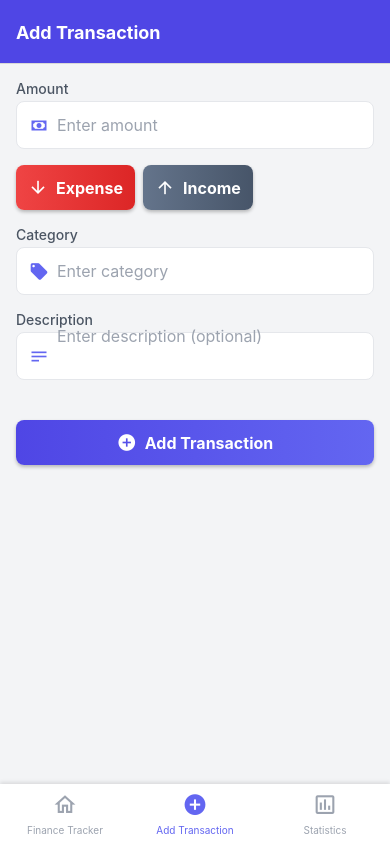
Repository: FarhanAryadi/FinTrack
Screen: /Add
These files come from the project's save history. The screen is drawn as it stood at one moment and after the next save; the edit follows.
The page's requests for data from a server got no answer. The app was drawn by React Native's web renderer in a window 390 px wide. The project was rebuilt for these pictures with package versions that can differ from the ones it lists, and the page was loaded fresh each time. No one was signed in, and anything a server would have sent is missing. Also part of the build but not shown: src/components/transactions/TransactionCard.tsx, src/screens/StatisticsScreen.tsx.

Above is the screen before, as saved 2025-03-06 12:35:53.

After the next save:
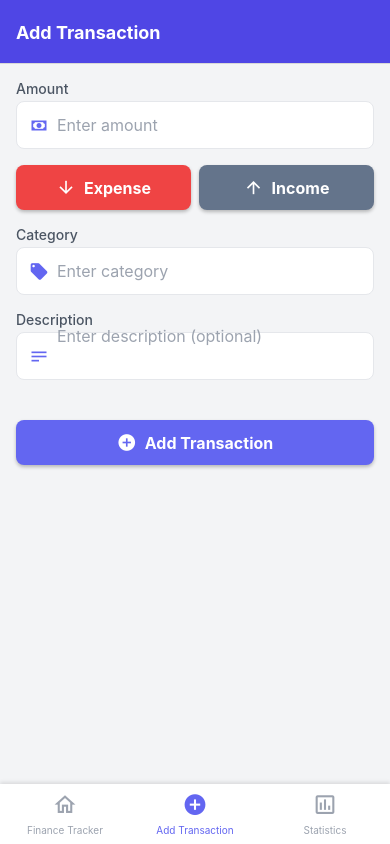
Saved 2 min 43 s later.
--- a/src/components/common/Button.tsx
+++ b/src/components/common/Button.tsx
@@ -1,3 +1,4 @@
+import { MaterialCommunityIcons } from '@expo/vector-icons';
 import React from 'react';
 import {
 	ActivityIndicator,
@@ -5,11 +6,9 @@ import {
 	Text,
 	TextStyle,
 	TouchableOpacity,
+	View,
 	ViewStyle,
 } from 'react-native';
-import * as Animatable from 'react-native-animatable';
-import { LinearGradient } from 'react-native-linear-gradient';
-import Icon from 'react-native-vector-icons/MaterialCommunityIcons';
 
 interface ButtonProps {
 	title: string;
@@ -22,12 +21,12 @@ interface ButtonProps {
 	disabled?: boolean;
 }
 
-const getVariantColors = (variant: string) => {
+const getVariantColor = (variant: string) => {
 	const colors = {
-		primary: ['#4f46e5', '#6366f1'],
-		secondary: ['#64748b', '#475569'],
-		success: ['#22c55e', '#16a34a'],
-		danger: ['#ef4444', '#dc2626'],
+		primary: '#6366f1',
+		secondary: '#64748b',
+		success: '#22c55e',
+		danger: '#ef4444',
 	};
 	return colors[variant as keyof typeof colors] || colors.primary;
 };
@@ -42,40 +41,41 @@ export const Button: React.FC<ButtonProps> = ({
 	textStyle,
 	disabled = false,
 }) => {
+	const backgroundColor = getVariantColor(variant);
+
 	return (
 		<TouchableOpacity
 			onPress={onPress}
 			disabled={loading || disabled}
 			activeOpacity={0.8}
+			style={[
+				styles.button,
+				{ backgroundColor },
+				disabled && styles.disabled,
+				style,
+			]}
 		>
-			<Animatable.View animation="fadeIn" duration={300}>
-				<LinearGradient
-					colors={getVariantColors(variant)}
-					start={{ x: 0, y: 0 }}
-					end={{ x: 1, y: 0 }}
-					style={[styles.button, disabled && styles.disabled, style]}
-				>
-					{loading ? (
-						<ActivityIndicator color="white" />
-					) : (
-						<>
-							{icon && (
-								<Icon name={icon} size={20} color="white" style={styles.icon} />
-							)}
-							<Text style={[styles.text, textStyle]}>{title}</Text>
-						</>
+			{loading ? (
+				<ActivityIndicator color="white" />
+			) : (
+				<View style={styles.content}>
+					{icon && (
+						<MaterialCommunityIcons
+							name={icon}
+							size={20}
+							color="white"
+							style={styles.icon}
+						/>
 					)}
-				</LinearGradient>
-			</Animatable.View>
+					<Text style={[styles.text, textStyle]}>{title}</Text>
+				</View>
+			)}
 		</TouchableOpacity>
 	);
 };
 
 const styles = StyleSheet.create({
 	button: {
-		flexDirection: 'row',
-		alignItems: 'center',
-		justifyContent: 'center',
 		padding: 12,
 		borderRadius: 8,
 		elevation: 2,
@@ -86,6 +86,11 @@ const styles = StyleSheet.create({
 		},
 		shadowOpacity: 0.25,
 		shadowRadius: 3.84,
+	},
+	content: {
+		flexDirection: 'row',
+		alignItems: 'center',
+		justifyContent: 'center',
 	},
 	text: {
 		color: 'white',
